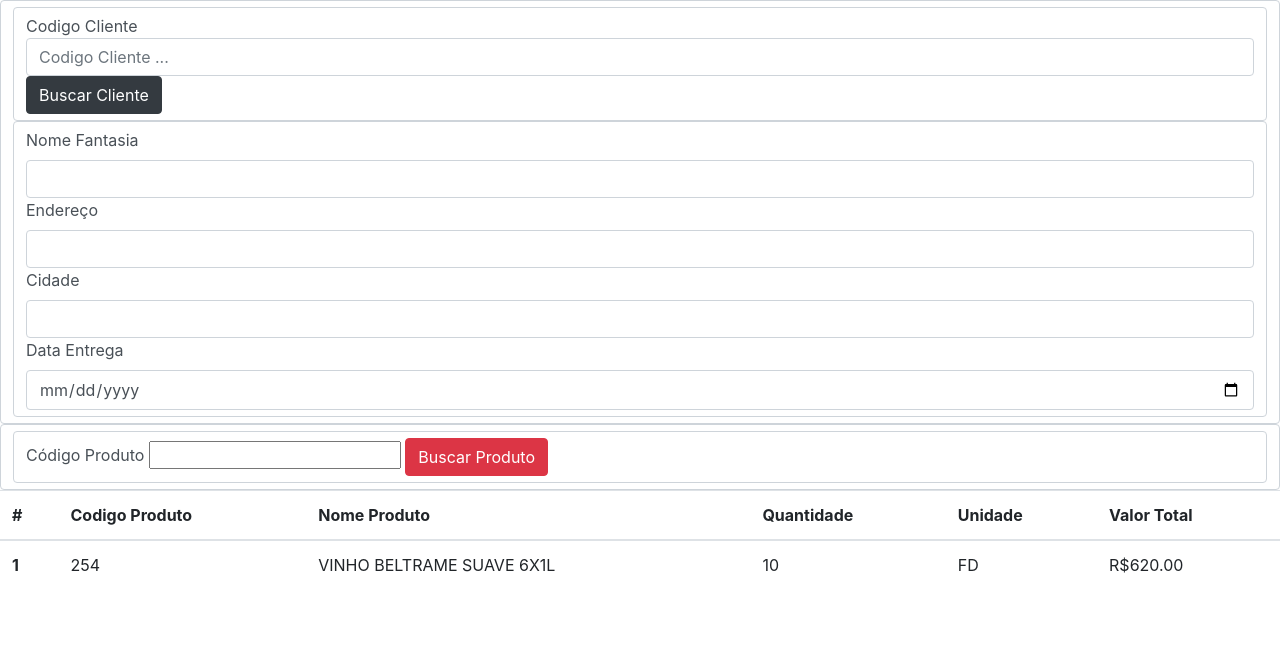
Repository: RobertoAntunes35/controle-estoque
Page: backend/templates/paginaGeracaoPedidos.html
An editor plug-in stored every save of this project. The page is shown before and after the next save, followed by the edit.
The browser window is 1280 px wide. The pictures show the whole page.
Some web libraries are served in a nearby version. The template is drawn by Flask 3. The application's start-up code is not run. Other server files are loaded and not shown. The template is opened directly, without the code that normally fills it, so the values that code supplies are empty.

Above is the page before, as saved 2023-06-06 10:44:58.

### backend/templates/paginaGeracaoPedidos.html
{% extends "index.html" %}

{% block title %} Geração Pedidos {% endblock %}

{% block content %}
<div class="content-geracao-pedido">
        <form action="">
            <div class="data-clientes form-control">
                <div class="buscar form-control">
                    <label class="form-check-label" for="">Codigo Cliente</label>
                    <input class="form-control" type="text" name="codigoCliente" id="codigoCliente" placeholder="Codigo Cliente ...">
                    <a href="#" class="btn btn-dark">Buscar Cliente</a>
                </div>

                <div class="datas-cliente form-control">
                    <label for="">Nome Fantasia</label>
                    <input class="form-control" type="text" name="nomeFantasia" id="nomeFantasia">

                    <label for="">Endereço</label>
                    <input class="form-control" type="text" name="enderecoCliente" id="enderecoCliente">

                    <label for="">Cidade</label>
                    <input class="form-control" type="text" name="cidadeCliente" id="cidadeCliente">

                    <label for="">Data Entrega</label>
                    <input class="form-control" type="date" name="dataEntrega" id="dataEntrega">
                </div>
            </div>
            <div class="produtos">
                <div class="busca-produtos form-control">
                    <div class="busca form-control">
                        <label for="">Código Produto</label>
                        <input type="text" name="codigoProduto" id="codigoProduto">
                        <button class="btn btn-danger" id="btnBuscaProduto" name="btnBuscaProduto">Buscar Produto</button>

                    </div>
                </div>


                <table class="table">
                    <thead>
                        <tr>
                            <th scope="col">#</th>
                            <th scope="col">Codigo Produto</th>
                            <th scope="col">Nome Produto</th>
                            <th scope="col">Quantidade</th>
                            <th scope="col">Unidade</th>
                            <th scope="col">Valor Total</th>
                        </tr>
                    </thead>

                    <tbody>
                        <tr>
                            <th scope="row">1</th>
                            <td>254</td>
                            <td>VINHO BELTRAME SUAVE 6X1L</td>
                            <td>10</td>
                            <td>FD</td>
                            <td>R$620.00</td>
                        </tr>
                    </tbody>

                </table>

            </div>

        </form>
    </div>

{% endblock %}

### backend/templates/index.html
<!DOCTYPE html>
<html lang="en">

{% block head %}
<head>
    <meta charset="UTF-8">
    <meta http-equiv="X-UA-Compatible" content="IE=edge">
    <meta name="viewport" content="width=device-width, initial-scale=1.0">
    <title>{% block title %} {% endblock %}</title>

    <script src="https://ajax.googleapis.com/ajax/libs/jquery/3.5.1/jquery.min.js"></script>
    <!-- CSS INTERNO -->
    <link rel="stylesheet" href="{{ url_for('static', filename='css/globalStyle.css') }}">

    <!-- FONTE -->

    <!-- BOOTSTRAP -->
    <link rel="stylesheet" href="https://maxcdn.bootstrapcdn.com/bootstrap/4.0.0/css/bootstrap.min.css">
    <script src="https://maxcdn.bootstrapcdn.com/bootstrap/4.0.0/js/bootstrap.min.js"></script>
    <script src="https://cdnjs.cloudflare.com/ajax/libs/popper.js/1.12.9/umd/popper.min.js"></script>

    <!-- SCRIPT INTERNO -->
    <script src="{{ url_for('static' , filename='js/script.js') }}"></script>

    <!-- SCRIPTS AUXILIARES -->

</head>
{% endblock %}

<body>
   <div class="content">
    {% block content %} {% endblock %}
    </div>

</body>
</html>

### backend/static/css/globalStyle.css
* {
    margin: 0 auto;
    padding: 0;
    box-sizing: border-box;
}

.div-formulario {
    border: 1px solid;
}

.container {
    display: flex;
    justify-content: left;
    align-items: center;
    width: 100vw;
    height: 100vh;

    /* border: 1px solid; */
}

.search-product{
    /* border: 1px solid; */
}
.values-find{
    /* border: 1px solid; */
}

.choices-values{
    /* border: 1px solid; */
}

### backend/static/js/script.js

$(document).ready(function() {
    $('#btnBuscar').click(function(event) {
        event.preventDefault();

        var inputValue = $('#codigo').val();
        console.log(inputValue);

    $.ajax({
        url: '/busca_produtos',
        type: 'POST',
        data: {codigoProduto: inputValue},
        success: function(date) {
            $('#descricao').val(date.updatedValue.descricao)
            $('#codigoFornecedor').val(date.updatedValue.codigoFornecedor)
            $('#unidade').val(date.updatedValue.unidade)
        }
    });
    });
});


function verificarEnter(event) {
    if(event.keyCode === 13) {
        event.preventDefault();

        var botao = document.getElementById("btnBuscar")
        botao.click();
    }
}

After the next save:
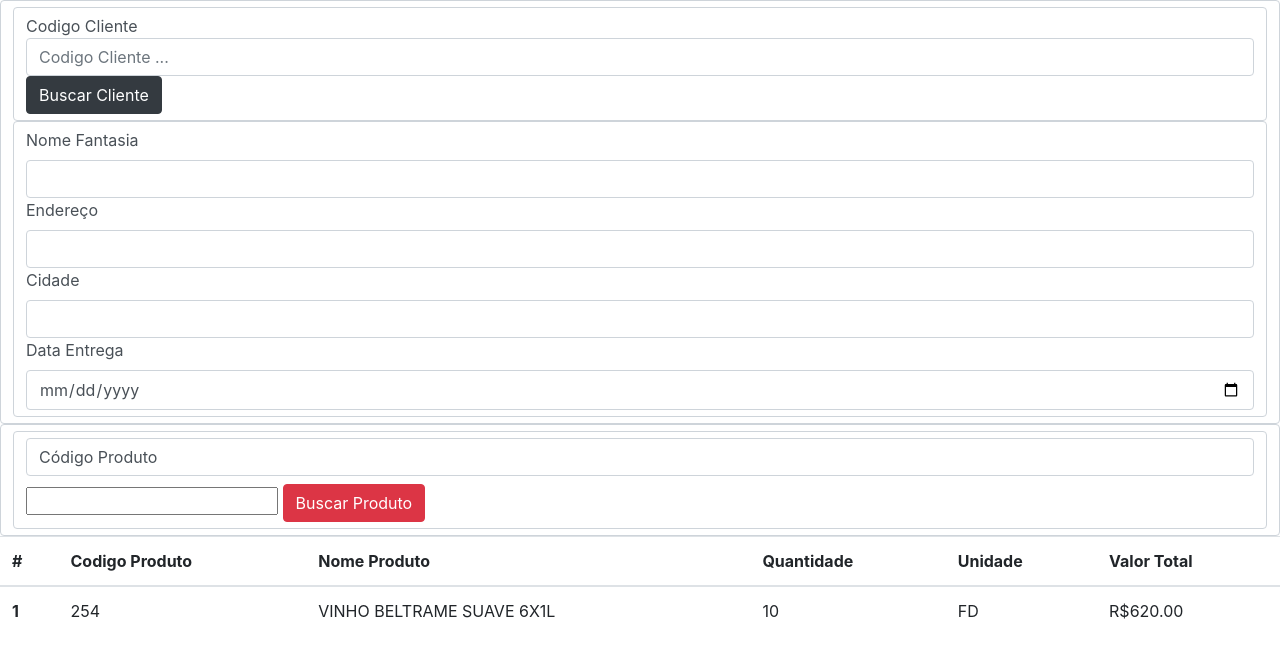
Saved 16 s later.
--- a/backend/templates/paginaGeracaoPedidos.html
+++ b/backend/templates/paginaGeracaoPedidos.html
@@ -29,7 +29,7 @@
             <div class="produtos">
                 <div class="busca-produtos form-control">
                     <div class="busca form-control">
-                        <label for="">Código Produto</label>
+                        <label class="form-control" for="">Código Produto</label>
                         <input type="text" name="codigoProduto" id="codigoProduto">
                         <button class="btn btn-danger" id="btnBuscaProduto" name="btnBuscaProduto">Buscar Produto</button>
 

After the save that followed:
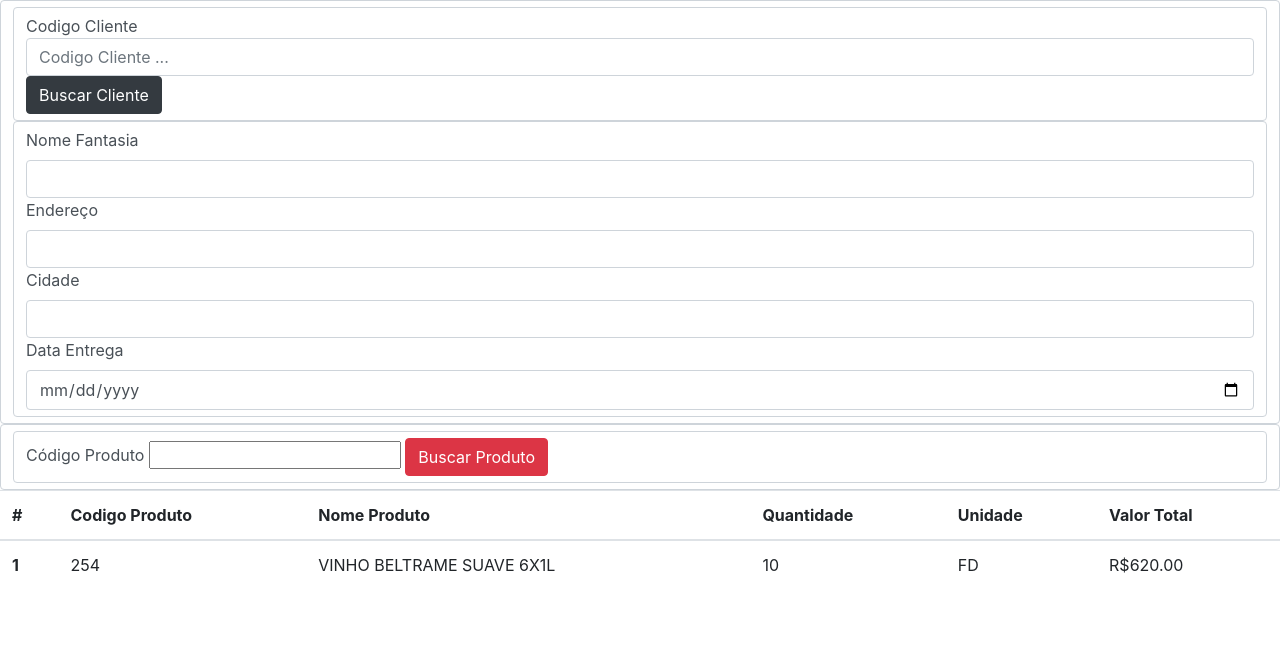
Saved 8 s later.
--- a/backend/templates/paginaGeracaoPedidos.html
+++ b/backend/templates/paginaGeracaoPedidos.html
@@ -29,7 +29,7 @@
             <div class="produtos">
                 <div class="busca-produtos form-control">
                     <div class="busca form-control">
-                        <label class="form-control" for="">Código Produto</label>
+                        <label for="">Código Produto</label>
                         <input type="text" name="codigoProduto" id="codigoProduto">
                         <button class="btn btn-danger" id="btnBuscaProduto" name="btnBuscaProduto">Buscar Produto</button>
 
